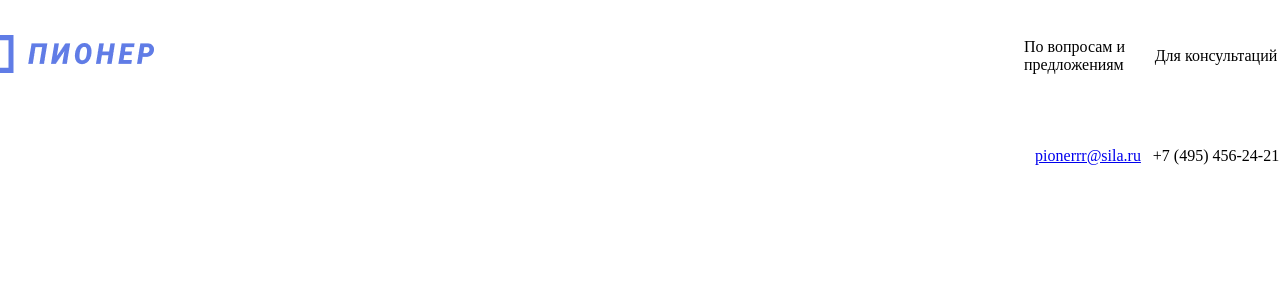
Repository: VictoriSyh/week6
Page: pioner.html
The author's editor kept a copy of each file at every save. The page is drawn from the files as they stood at one save, then again after a run of saves.
The browser window is 1280 px wide. The pictures show the whole page.

Above is the page before, as saved 2024-12-16 22:47:46.

### pioner.html
<!DOCTYPE html>
<html lang="ru">
<head>
    <link rel="stylesheet" href="/styles/normalize.css">
    <link rel="stylesheet" href="/styles/stylepioner.css">
    <meta charset="UTF-8">
    <meta name="viewport" content="width=device-width, initial-scale=1.0">
    <link rel="shortcut icon" href="https://www.svgrepo.com/show/529024/home-wifi-angle.svg"
    type="image/svg">
    <title>ПИОНЕР</title>
</head>
<body>
    <header>
        <div>
            <img src="./assets/img/logo.png" alt="ПИОНЕР" />
          </div>
          <div class="text1">По вопросам и предложениям</div>
        <div class="e-mail"><a href="pionerrr@sila.ru">pionerrr@sila.ru</a></div>
        <div class="text2">Для консультаций</div>
       <div class="phone">+7 (495) 456-24-21</div>
    </header>
</body>
</html>

### styles/stylepioner.css
header{
    display: grid;
    grid-template-columns: 10% 70% 10% 10%;
    align-items: center;
    justify-items: center;
    height: 200px;
}
.text1{
    display: grid;
    grid-row: 1/2;
    grid-column:3/4;
}

.e-mail{
    display: grid;
    grid-row: 2/3;
    grid-column:3/4;
}

.text2{
    display: grid;
    grid-row: 1/2;
    grid-column:4/5;
}

.phone{
    isplay: grid;
    grid-row: 2/3;
    grid-column:4/5;
}

Loaded but not shown: styles/normalize.css (library)

After the next 4 saves:
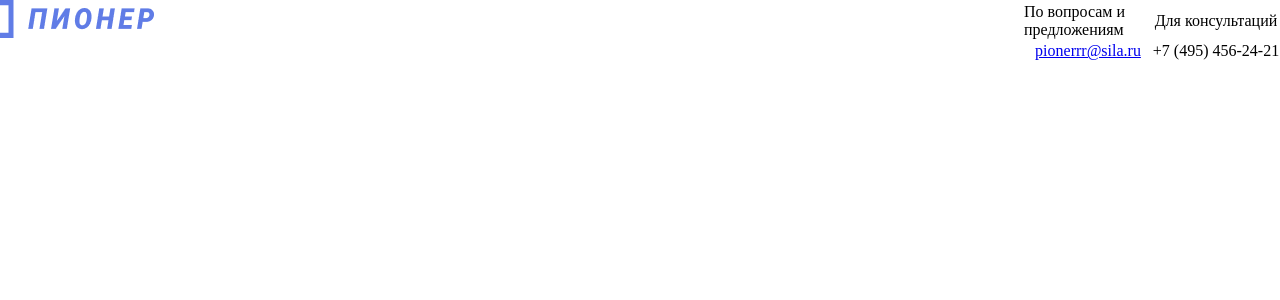
The 4 saves are shown as one change because they came seconds apart.
The last was saved 17 s later.
--- a/styles/stylepioner.css
+++ b/styles/stylepioner.css
@@ -1,9 +1,9 @@
 header{
     display: grid;
     grid-template-columns: 10% 70% 10% 10%;
+    grid-template-rows: ;
     align-items: center;
     justify-items: center;
-    height: 200px;
 }
 .text1{
     display: grid;
